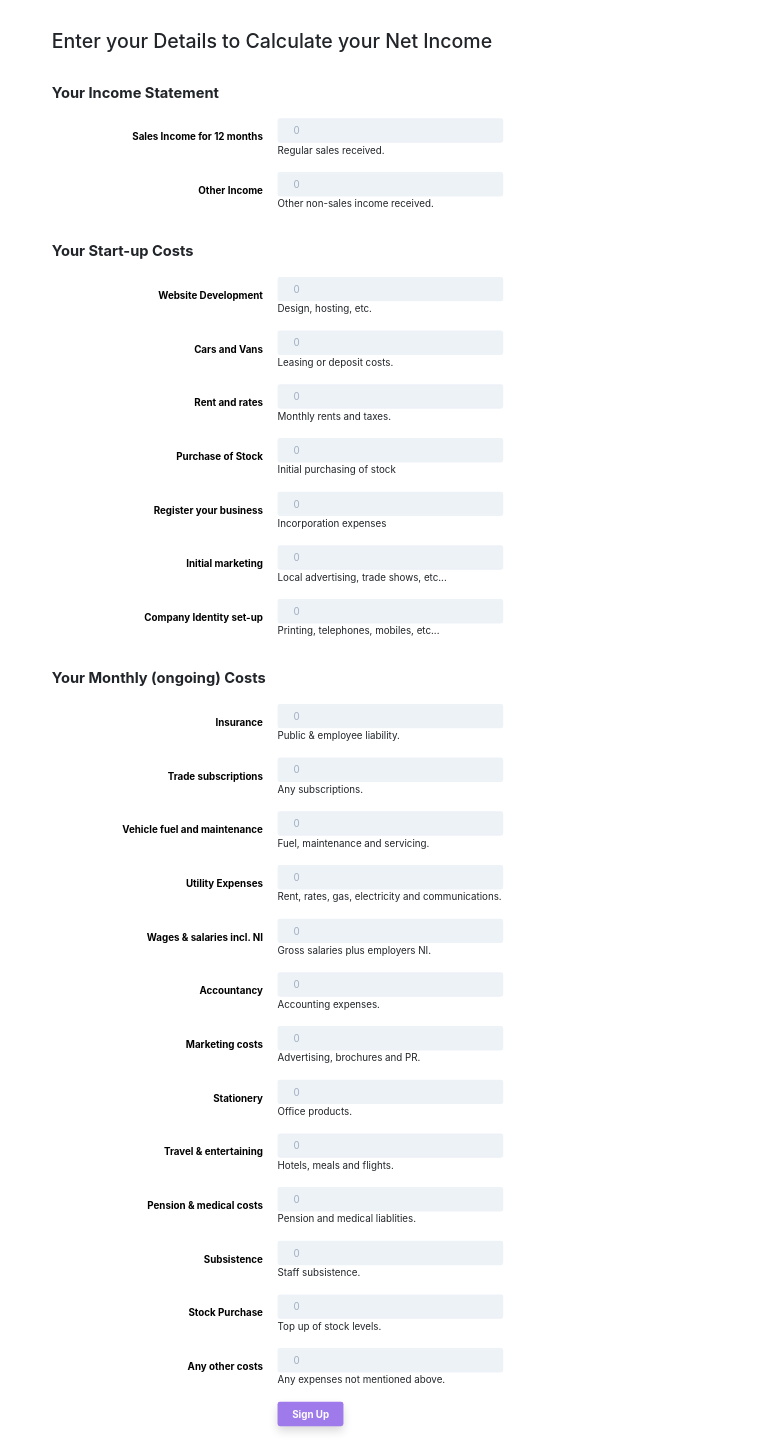
Repository: latenightsnacc/Financial-Forecast
Page: financial-forecast.html
The author's editor kept a copy of each file at every save. The page is drawn from the files as they stood at one save, then again after the next save.
The browser window is 1280 px wide. The pictures show the whole page, at 61% of full size.

Above is the page before, as saved 2020-11-15 14:46:45.

After the next save:
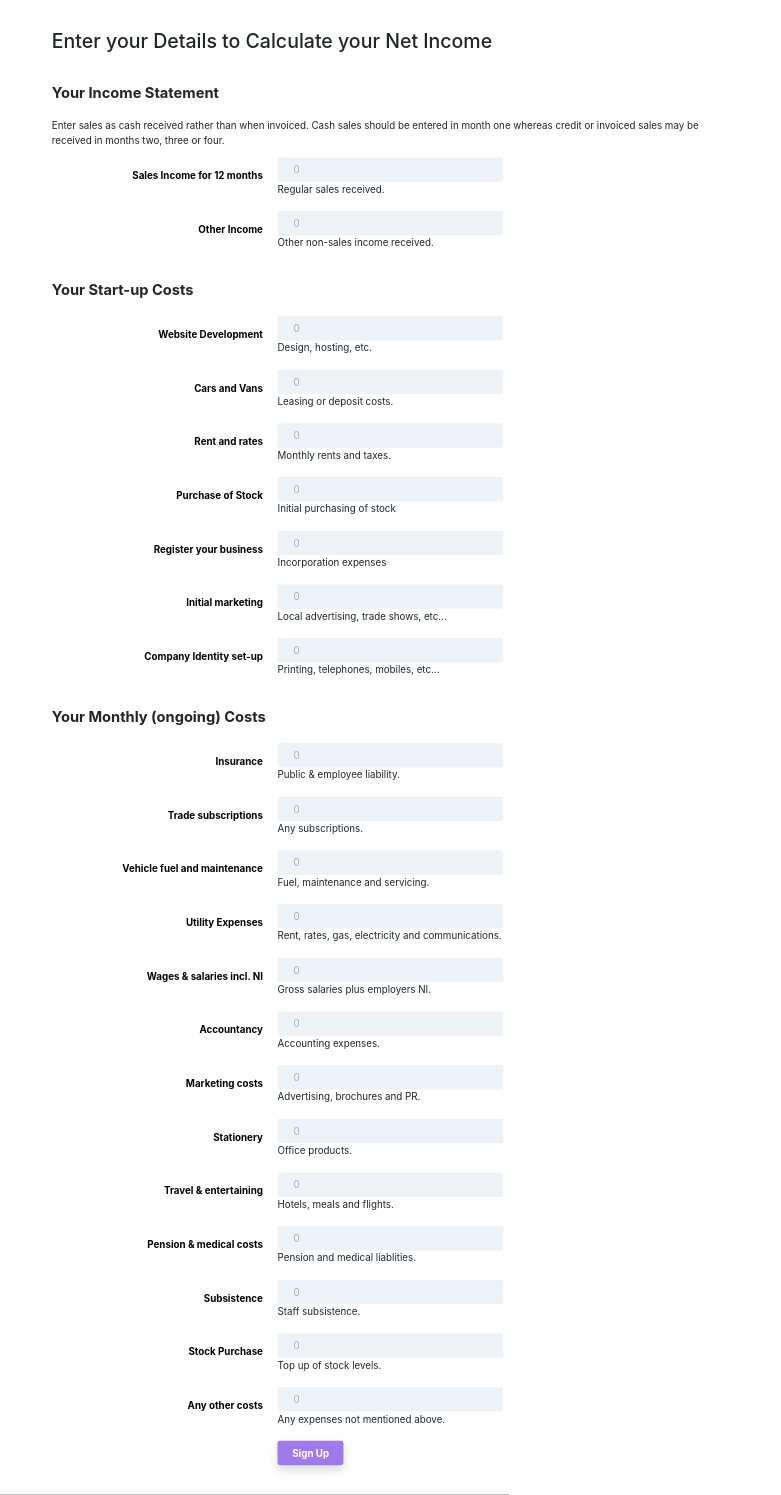
Saved 4 h 17 min later.
--- a/financial-forecast.html
+++ b/financial-forecast.html
@@ -25,6 +25,7 @@
             <form class="w-full max-w-none">
             <!--NET INCOME-->
                 <div class="font-bold text-2xl mt-5 mb-6">Your Income Statement</div>
+                <p>Enter sales as cash received rather than when invoiced. Cash sales should be entered in month one whereas credit or invoiced sales may be received in months two, three or four.</p>
                 <!--Sales Income-->
                 <div class="md:flex md:items-center mb-6">
                   <div class="md:w-1/3">
